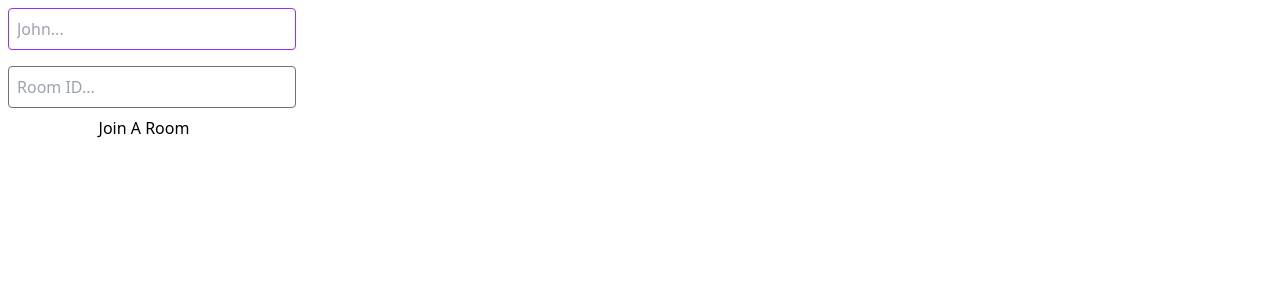
Repository: GabrielMorring/tictactoe
Page: /
An editor plug-in stored every save of this project. The page is shown before and after the next save, followed by the edit.
The browser window is 1280 px wide. The pictures show the whole page.
The page's requests for data from a server got no answer. The project was rebuilt for these pictures with package versions that can differ from the ones it lists, and the page was loaded fresh each time. No one was signed in, and anything a server would have sent is missing. Also part of the build but not shown: src/components/Square.jsx, src/components/Board.jsx.

Above is the page before, as saved 2022-06-20 10:19:55.

### src/App.js
import Board from "./components/Board";
import { useState } from "react";
import io from "socket.io-client";

const socket = io.connect("http://localhost:3001");

function App() {
  const [showBoard, setShowBoard] = useState(false);
  const [userName, setUserName] = useState("");
  const [room, setRoom] = useState("");

  const joinRoom = () => {
    if (userName !== "" && room !== "") {
      socket.emit("join_room", room);
      setShowBoard(true);
    } else {
      alert("Please enter a username and room");
    }
  };

  return (
    <div className="">
      {showBoard ? (
        <Board socket={socket} userName={userName} room={room} />
      ) : (
        <div className="flex flex-col w-72 my-auto justify-items-center">
          <input
            className="w-full p-2 m-2 border border-purple-600 rounded"
            type="text"
            placeholder="John..."
            onChange={(e) => setUserName(e.target.value)}
          />
          <input
            className="w-full p-2 m-2 border border-gray-500 rounded"
            type="text"
            placeholder="Room ID..."
            onChange={(e) => setRoom(e.target.value)}
          />
          <button onClick={joinRoom}>Join A Room</button>
        </div>
      )}
    </div>
  );
}

export default App;

Loaded but not shown: public/index.html (common file); src/index.js (common file); src/index.css (common file); src/reportWebVitals.js (common file); tailwind.config.js (common file)

After the next save:
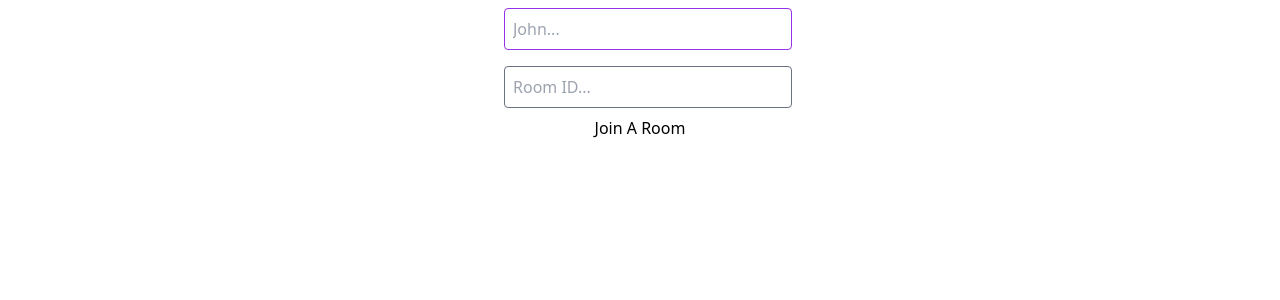
Saved 24 s later.
--- a/src/App.js
+++ b/src/App.js
@@ -23,7 +23,7 @@ function App() {
       {showBoard ? (
         <Board socket={socket} userName={userName} room={room} />
       ) : (
-        <div className="flex flex-col w-72 my-auto justify-items-center">
+        <div className="flex flex-col w-72 mx-auto justify-items-center">
           <input
             className="w-full p-2 m-2 border border-purple-600 rounded"
             type="text"
